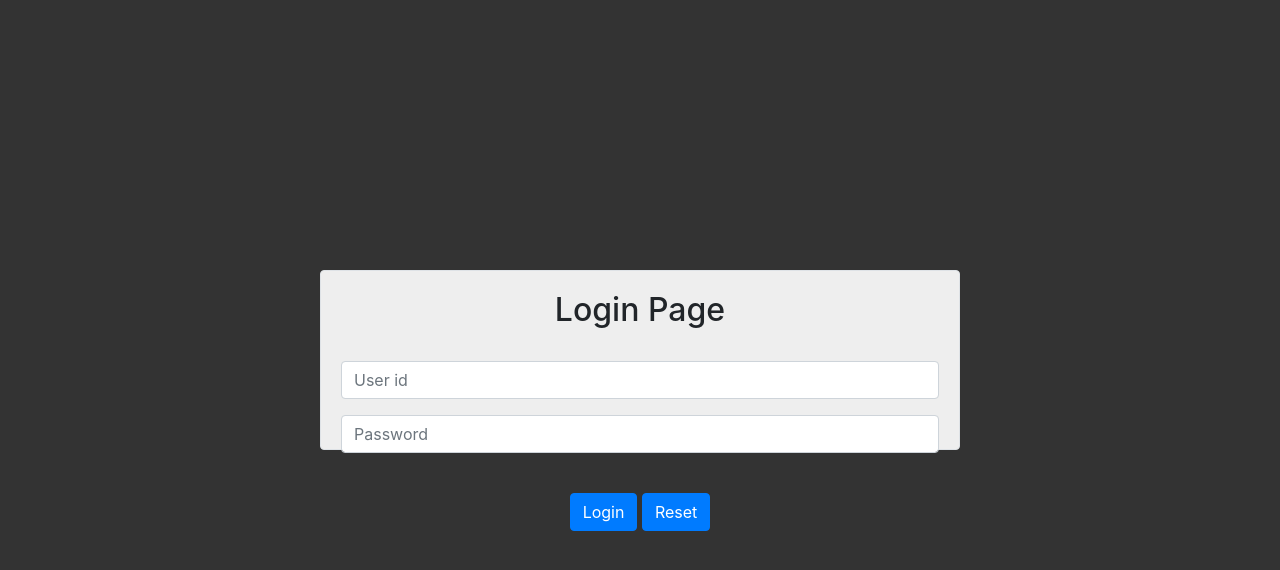
Repository: rkmr039/EMS_PROJECT
Page: EMS/WebContent/login2.html
These files come from the project's save history. The page is drawn as it stood at one moment and after the next save; the edit follows.
The browser window is 1280 px wide. The pictures show the whole page.

Above is the page before, as saved 2019-08-30 07:02:55.
Console error: TypeError: Cannot read properties of undefined (reading 'fn')

### EMS/WebContent/login2.html
<!DOCTYPE html>
<html>
<head>
<meta charset="ISO-8859-1">
<title>Login | EMS </title>
<link rel="stylesheet" href="https://stackpath.bootstrapcdn.com/bootstrap/4.3.1/css/bootstrap.min.css" integrity="sha384-ggOyR0iXCbMQv3Xipma34MD+dH/1fQ784/j6cY/iJTQUOhcWr7x9JvoRxT2MZw1T" crossorigin="anonymous">
<script src="https://stackpath.bootstrapcdn.com/bootstrap/4.3.1/js/bootstrap.min.js" integrity="sha384-JjSmVgyd0p3pXB1rRibZUAYoIIy6OrQ6VrjIEaFf/nJGzIxFDsf4x0xIM+B07jRM" crossorigin="anonymous"></script>
<style>
body {
    background:#333;
}
.form_bg {
    background-color:#eee;
    padding:20px;
    position: absolute;
    margin: auto;
    top: 0;
    right: 0;
    bottom: 0;
    left: 0;
}
.align-center {
    text-align:center;
}
</style>

</head>
<body>
 <div class="container">
    <div class="row">
        <div class="form_bg w-50 h-25 border rounded">
            <form method="post" action="login.jsp">
                 <h2 class="text-center">Login Page</h2>
                <br/>
                <div class="form-group">
                    <input type="email" class="form-control" id="userid" placeholder="User id">
                </div>
                <div class="form-group">
                    <input type="password" class="form-control" id="pwd" placeholder="Password">
                </div>
                <br/>
                 <div class="form-group">
                <div class="align-center">
                    <input type="submit" class="btn btn-primary" value="Login" id="login"/>
                    <input type="reset" value="Reset" class="btn btn-primary"/>
                </div></div>
            </form>
        </div>
    </div>
</div>
	<script src="https://code.jquery.com/jquery-3.3.1.slim.min.js" integrity="sha384-q8i/X+965DzO0rT7abK41JStQIAqVgRVzpbzo5smXKp4YfRvH+8abtTE1Pi6jizo" crossorigin="anonymous"></script>
<script src="https://cdnjs.cloudflare.com/ajax/libs/popper.js/1.14.7/umd/popper.min.js" integrity="sha384-UO2eT0CpHqdSJQ6hJty5KVphtPhzWj9WO1clHTMGa3JDZwrnQq4sF86dIHNDz0W1" crossorigin="anonymous"></script>

</body>
</html>

After the next save:
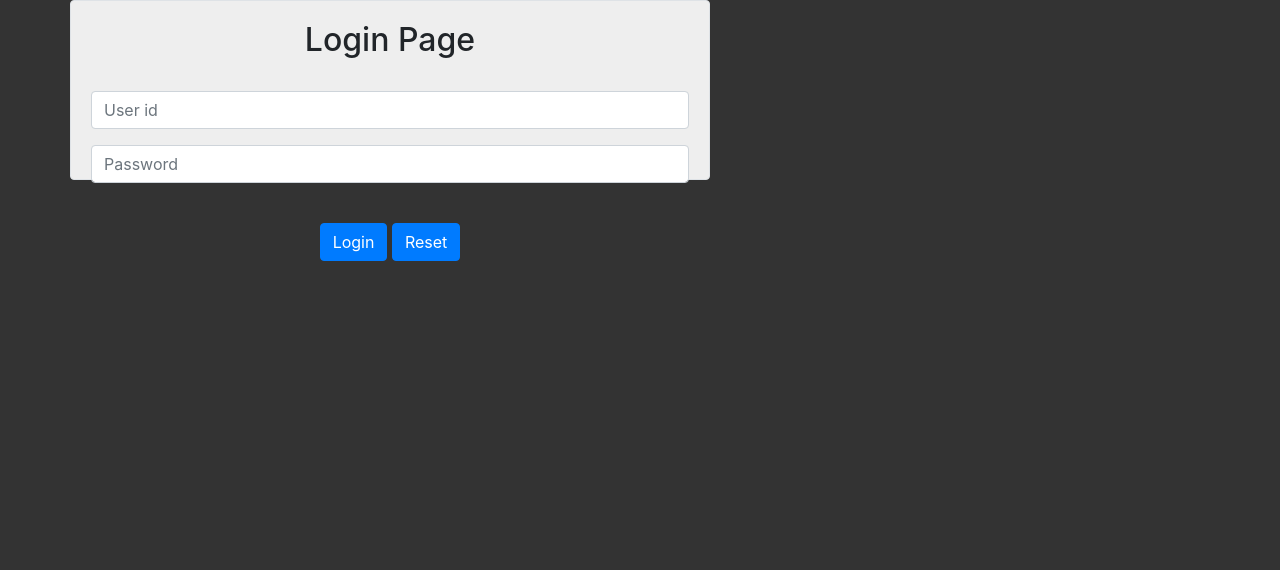
Saved 33 s later.
--- a/EMS/WebContent/login2.html
+++ b/EMS/WebContent/login2.html
@@ -14,10 +14,7 @@
     padding:20px;
     position: absolute;
     margin: auto;
-    top: 0;
-    right: 0;
-    bottom: 0;
-    left: 0;
+
 }
 .align-center {
     text-align:center;

After the save that followed:
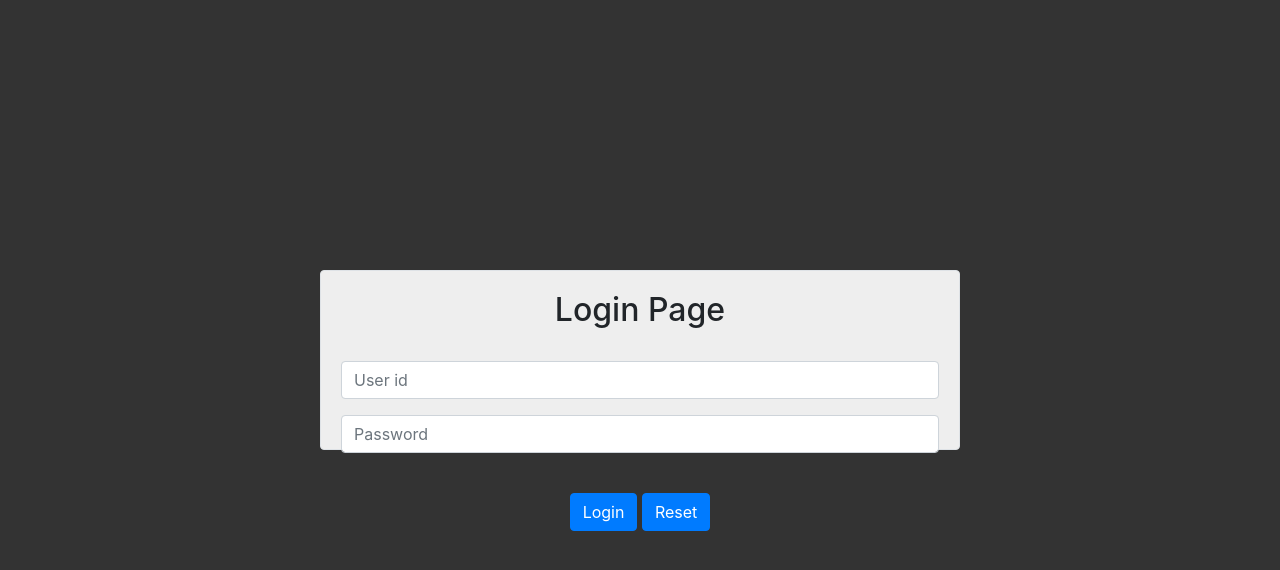
Saved 6 s later.
--- a/EMS/WebContent/login2.html
+++ b/EMS/WebContent/login2.html
@@ -14,7 +14,10 @@
     padding:20px;
     position: absolute;
     margin: auto;
-
+    top: 0;
+    right: 0;
+    bottom: 0;
+    left: 0;
 }
 .align-center {
     text-align:center;
